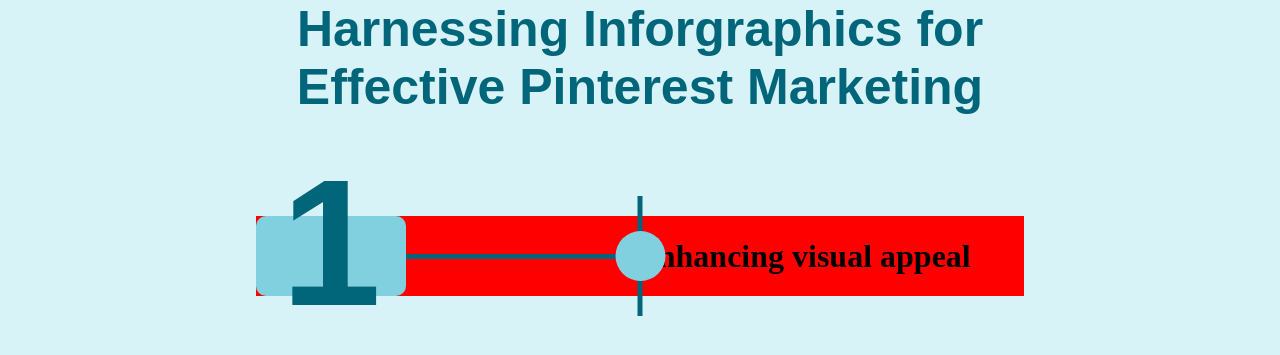
Repository: ayushrajput545/InforGraphic-page
Page: index.html
An editor plug-in stored every save of this project. The page is shown before and after a run of saves, followed by the edit.
The browser window is 1280 px wide. The pictures show the whole page.
Some web fonts or font styles are not loaded; a fallback is used.

Above is the page before, as saved 2025-04-01 22:45:24.

After the next 4 saves:
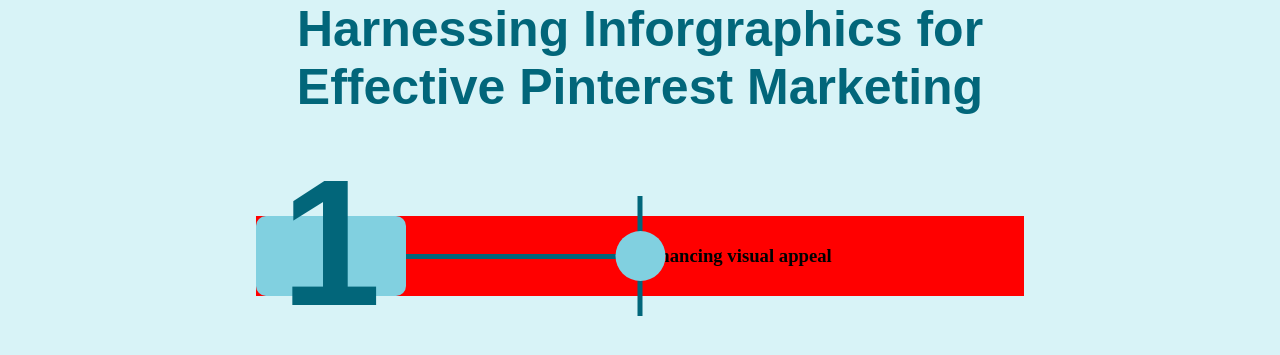
The 4 saves are shown as one change because they came seconds apart.
The last was saved 13 s later.
--- a/index.html
+++ b/index.html
@@ -31,7 +31,7 @@
 
                 <div class="content-right">
 
-                    <h1 id="">Enhancing visual appeal</h1>
+                    <h3 id="">Enhancing visual appeal</h3>
 
                 </div>
 
